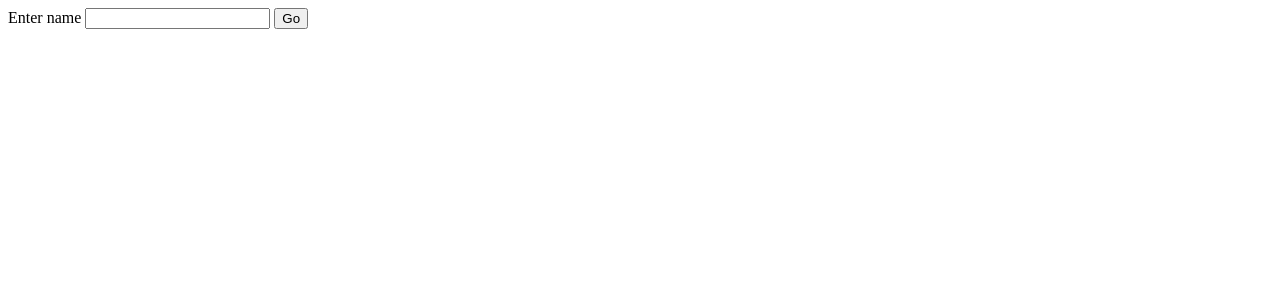
Repository: Aviligonda/Servlet_Programs
Page: PracticeJSP/src/main/webapp/index.html
The author's editor kept a copy of each file at every save. The page is drawn from the files as they stood at one save, then again after a run of saves.
The browser window is 1280 px wide. The pictures show the whole page.

Above is the page before, as saved 2024-11-23 13:15:43.

After the next 2 saves:
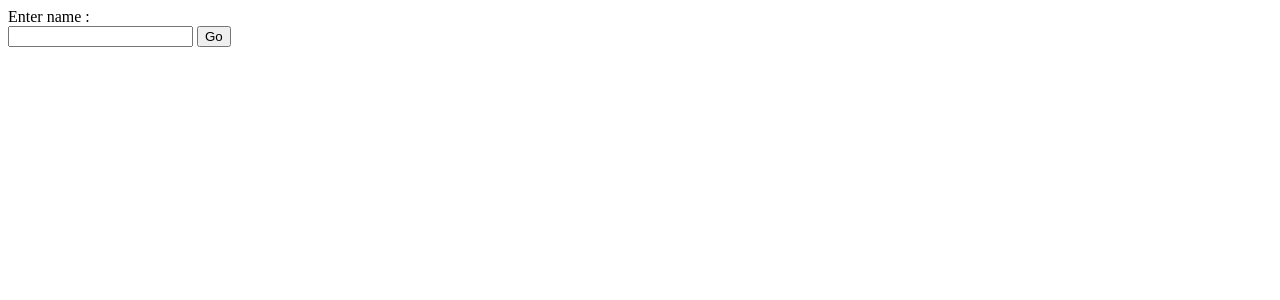
The 2 saves are shown as one change because they came seconds apart.
The last was saved 7 s later.
--- a/PracticeJSP/src/main/webapp/index.html
+++ b/PracticeJSP/src/main/webapp/index.html
@@ -6,7 +6,7 @@
 </head>
 <body>
 <form action="simple.jsp">
-Enter name
+Enter name : <br>
 <input type= "text" name= "name">
 <input type="submit" value="Go">
 </form>
